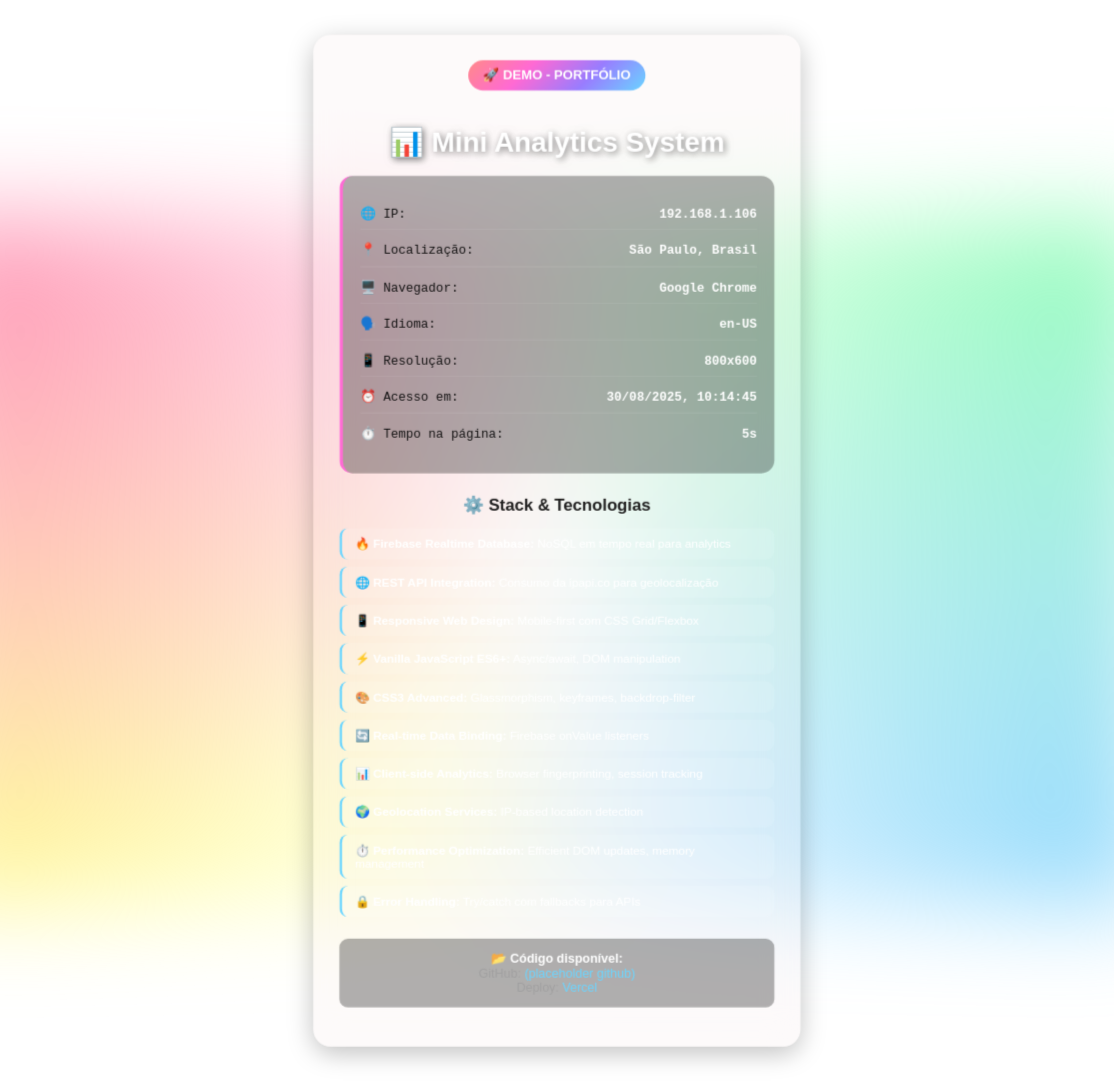
Repository: nardogod/mini-analytics
Page: mini.html
An editor plug-in stored every save of this project. The page is shown before and after the next save, followed by the edit.
The browser window is 1280 px wide. The pictures show the whole page, at 87% of full size.

Above is the page before, as saved 2025-08-30 10:46:17.

After the next save:
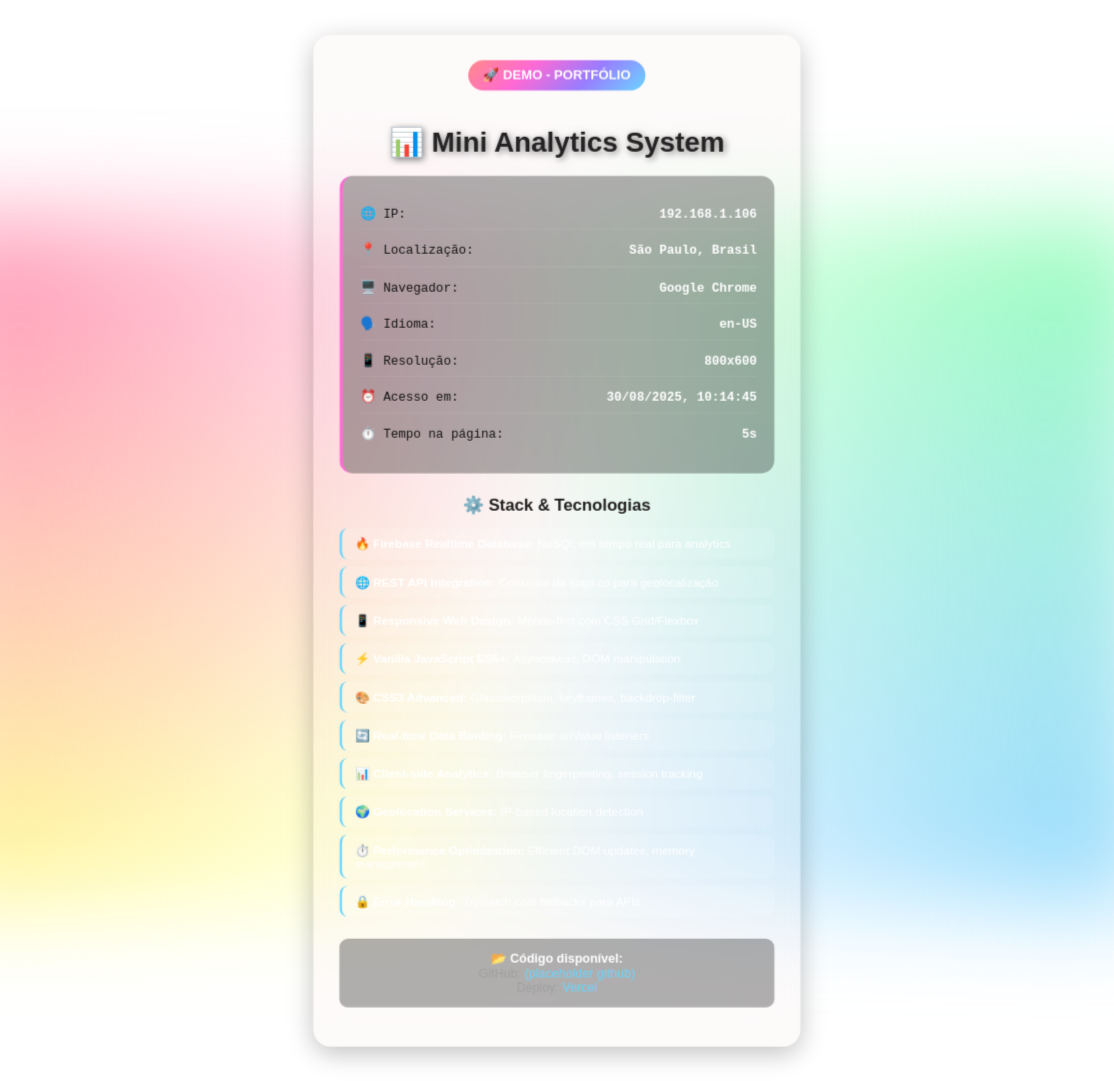
Saved 11 s later.
--- a/mini.html
+++ b/mini.html
@@ -74,7 +74,7 @@
       h1 {
         font-size: 2rem;
         margin-bottom: 20px;
-        color: #fff;
+        color: #242222;
         text-shadow: 2px 2px 8px rgba(0, 0, 0, 0.5);
       }
 
